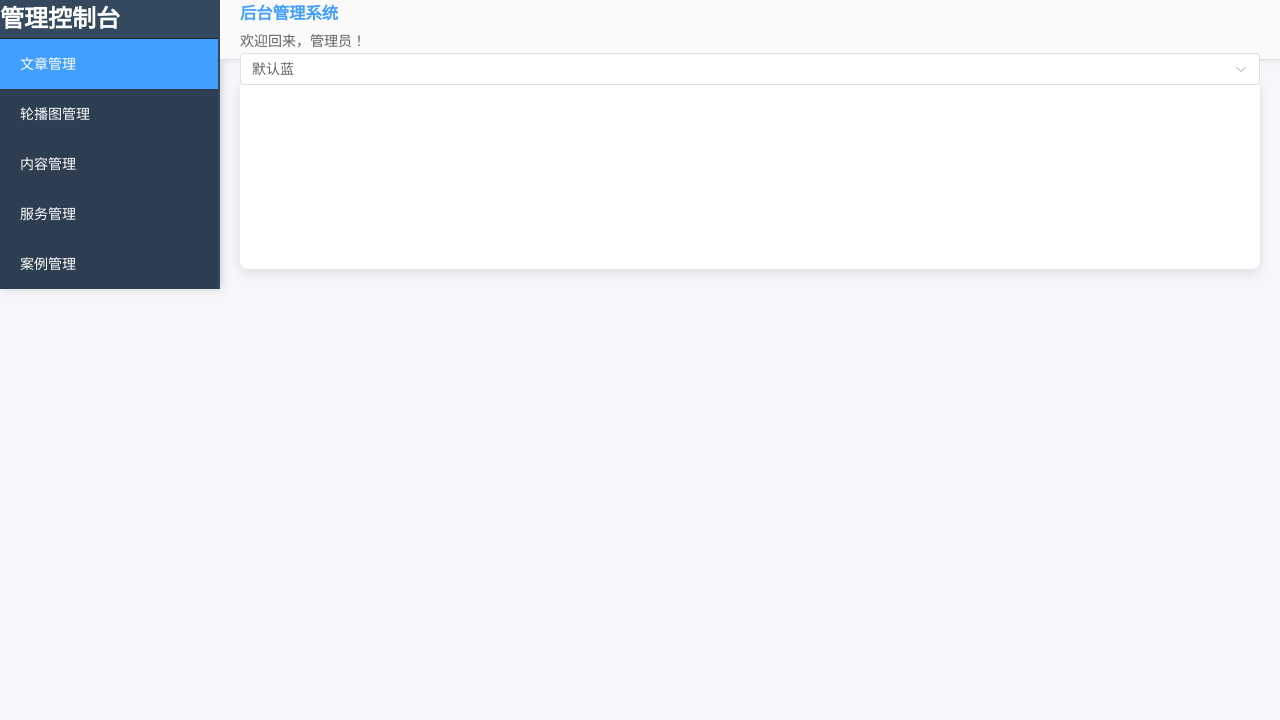
Repository: tomorrow01/official-template
Page: /dashboard (app in admin/)
The author's editor kept a copy of each file at every save. The page is drawn from the files as they stood at one save, then again after the next save.
The browser window is 1280 px wide. The pictures show the whole page.
The project was rebuilt for these pictures with package versions that can differ from the ones it lists, and the page was loaded fresh each time. Also part of the build but not shown: admin/vite.config.js, admin/src/views/Login.vue, admin/src/utils/api.js, admin/src/views/Articles.vue, admin/src/views/Banners.vue, admin/src/views/Content.vue.

Above is the page before, as saved 2025-11-01 17:01:05.

After the next save:
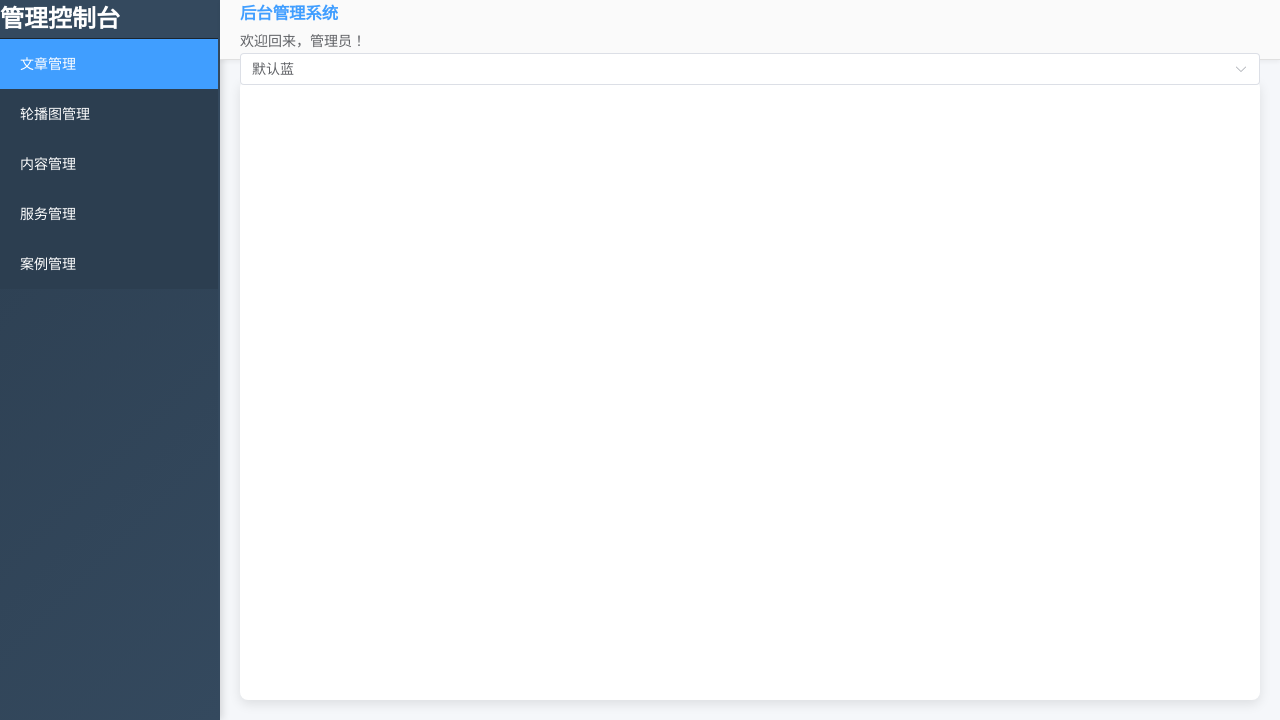
Saved 4 min 23 s later.
--- a/admin/src/views/Dashboard.vue
+++ b/admin/src/views/Dashboard.vue
@@ -1,6 +1,6 @@
 <template>
-  <div class="dashboard-wrapper">
-    <el-container class="h-screen">
+  <div class="dashboard-wrapper h-screen overflow-hidden">
+    <el-container class="h-full">
       <!-- 左侧导航条 -->
       <el-aside width="220px" class="border-r">
         <div class="nav-header flex items-center justify-center py-5 text-white font-bold text-xl">
@@ -23,8 +23,8 @@
       </el-aside>
 
       <!-- 右侧内容区 -->
-      <el-container>
-        <el-header class="bg-container border-b py-4 px-6 flex justify-between items-center">
+      <el-container class="h-full flex flex-col">
+        <el-header class="bg-container border-b py-4 px-6 flex justify-between items-center flex-shrink-0">
           <div>
             <h1 class="text-2xl font-bold text-primary">后台管理系统</h1>
             <!-- 欢迎登录模块 -->
@@ -80,12 +80,22 @@ onMounted(() => {
   margin: 0 auto;
   padding: 0;
   height: 100vh;
+  width: 100%;
+  background-color: #f5f7fa;
+}
+
+/* 确保容器撑满高度 */
+.el-container {
+  height: 100%;
+  background-color: transparent !important;
 }
 
 .el-aside {
   border-right: 2px solid #34495e;
   background: linear-gradient(135deg, #2c3e50 0%, #34495e 100%);
   box-shadow: 2px 0 8px rgba(0, 0, 0, 0.15);
+  height: 100%;
+  overflow-y: auto;
 }
 
 .nav-header {
@@ -133,6 +143,8 @@ onMounted(() => {
   margin: 20px;
   box-shadow: 0 4px 12px rgba(0, 0, 0, 0.1);
   background: white;
+  flex: 1;
+  min-height: 0;
 }
 
 /* 现代简约字体 */
